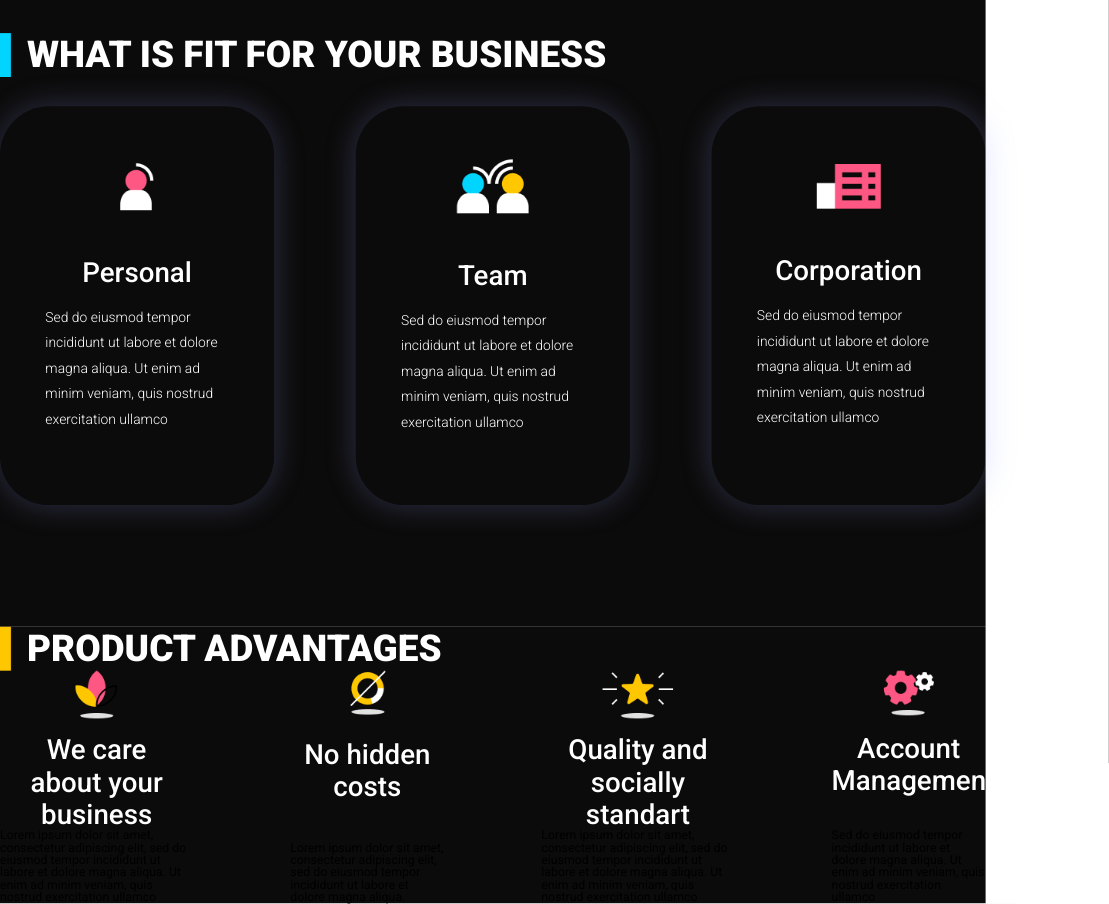
Repository: VetaWhale/team-site-test
Page: index.html
An editor plug-in stored every save of this project. The page is shown before and after the next save, followed by the edit.
The browser window is 1280 px wide. The page is 1440 px wide, so the pictures cover 1440 px, including what lies to the right of the window. The pictures show the whole page, at 77% of full size.
Some web fonts or font styles are not loaded; a fallback is used.

Above is the page before, as saved 2023-04-24 15:13:25.

### index.html
<!DOCTYPE html>
<html lang="en">

<head>
    <meta charset="UTF-8" />
    <link rel="stylesheet" href="./css/reset.css" />
    <link rel="preconnect" href="https://fonts.googleapis.com" />
    <link rel="preconnect" href="https://fonts.gstatic.com" crossorigin />
    <link href="https://fonts.googleapis.com/css2?family=Nunito:wght@400;800&family=Oranienbaum&family=Prata&family=Rammetto+One&family=Roboto:wght@300;400;500;700;900&display=swap" rel="stylesheet" />
    <link rel="stylesheet" href="./css/index.css" />
    <title>Our test site</title>
</head>

<body>
    <header></header>
    <main>
        <section class="business">
            <div class="business__title">
                <img class="business__icon" src="./resources/business_icon.png" alt="">
                <h2 class="business__text">
                    WHAT IS FIT FOR YOUR BUSINESS
                </h2>
            </div>
            <div class="business__container">
                <div class="business__item">
                    <img src="./resources/people__icon.png" alt="" />
                    <h2 class="business__title-text">Personal</h2>
                    <p class="business__description">
                        Sed do eiusmod tempor incididunt ut labore et dolore magna aliqua. Ut enim ad minim veniam, quis nostrud exercitation ullamco
                    </p>
                </div>

                <div class="business__item">
                    <img src="./resources/two_people__icon.png" alt="" />
                    <h2 class="business__title-text">Team</h2>
                    <p class="business__description">
                        Sed do eiusmod tempor incididunt ut labore et dolore magna aliqua. Ut enim ad minim veniam, quis nostrud exercitation ullamco
                    </p>
                </div>
                <div class="business__item">
                    <img src="./resources/home__icon.png" alt="" />
                    <h2 class="business__title-text">Corporation</h2>
                    <p class="business__description">
                        Sed do eiusmod tempor incididunt ut labore et dolore magna aliqua. Ut enim ad minim veniam, quis nostrud exercitation ullamco
                    </p>
                </div>
            </div>
        </section>
        <section class="product__section">
            <div class="product__title">
                <img src="./resources/product_icon.png" alt="">
                <h2>
                    PRODUCT ADVANTAGES
                </h2>
            </div>
            <div class="product__container">
                <div class="product__item">
                    <img src="./resources/product_icon-flower.png" alt="">
                    <h2 class="product__title-text">
                        We care about your business
                    </h2>
                    <p class="product__description">
                        Lorem ipsum dolor sit amet, consectetur adipiscing elit, sed do eiusmod tempor incididunt ut labore et dolore magna aliqua. Ut enim ad minim veniam, quis nostrud exercitation ullamco
                    </p>
                </div>
                <div class="product__item">
                    <img src="./resources/product_icon-ellipse.png" alt="">
                    <h2 class="product__title-text">
                        No hidden costs
                    </h2>
                    <p class="product__description">
                        Lorem ipsum dolor sit amet, consectetur adipiscing elit, sed do eiusmod tempor incididunt ut labore et dolore magna aliqua.
                    </p>
                </div>
                <div class="product__item">
                    <img src="./resources/product_icon-star.png" alt="">
                    <h2 class="product__title-text">
                        Quality and socially standart
                    </h2>
                    <p class="product__description">
                        Lorem ipsum dolor sit amet, consectetur adipiscing elit, sed do eiusmod tempor incididunt ut labore et dolore magna aliqua. Ut enim ad minim veniam, quis nostrud exercitation ullamco
                    </p>
                </div>
                <div class="product__item">
                    <img src="./resources/ICON 04.png" alt="">
                    <h2 class="product__title-text">
                        Account Management
                    </h2>
                    <p class="product__description">
                        Sed do eiusmod tempor incididunt ut labore et dolore magna aliqua. Ut enim ad minim veniam, quis nostrud exercitation ullamco
                    </p>
                </div>
            </div>
        </section>
    </main>
    <footer></footer>
</body>

</html>

### css/index.css
/* Шрифты для нашего сайта */


/*
font-family: 'Nunito', sans-serif;
font-family: 'Oranienbaum', serif;
font-family: 'Prata', serif;
font-family: 'Rammetto One', cursive;
font-family: 'Roboto', sans-serif;
*/

@import'../css/business.css';
@import'../css/product.css';
body {
    font-family: 'Roboto', sans-serif;
}

### css/business.css
.business {
    width: 100%;
    background-color: #0C0B0B;
    padding-top: 43px;
    margin: 0 auto;
}

.business__container {
    max-width: 1440px;
    margin: 0 auto;
    display: flex;
    flex-direction: row;
    gap: 94px;
    padding-top: 38px;
    padding-bottom: 158px;
    justify-content: space-between;
}

.business__title {
    max-width: 1440px;
    margin: 0 auto;
    display: flex;
    gap: 20px;
}

.business__text {
    font-weight: 900;
    font-size: 48px;
    line-height: 56px;
    color: #FFFFFF;
}

.business__title-text {
    font-weight: 500;
    font-size: 36px;
    line-height: 42px;
    color: #FFFFFF;
    padding-top: 40px;
}

.business__item {
    display: flex;
    justify-content: center;
    align-items: center;
    flex-direction: column;
    width: 356px;
    height: 518px;
    box-shadow: 0px 0px 40px rgba(146, 163, 255, 0.25);
    border-radius: 63px;
    gap: 20px;
}

.business__description {
    font-weight: 300;
    font-size: 18px;
    line-height: 33px;
    color: #FFFFFF;
    width: 238.17px;
    height: 188px
}

### css/product.css
.product__section {
    width: 100%;
    background-color: #0C0B0B;
    margin: 0 auto;
}

.product__title {
    width: 1440px;
    margin: 0 auto;
    display: flex;
    font-weight: 900;
    font-size: 48px;
    line-height: 56px;
    color: #FFFFFF;
    gap: 20px;
}

.product__container {
    display: flex;
    margin: 0 auto;
    width: 100%;
    max-width: 1440px;
    flex-direction: row;
    gap: 126px;
}

.product__item {
    display: flex;
    flex-direction: column;
    align-items: center;
    justify-content: space-between;
    gap: 20px;
}

.product__title-text {
    font-weight: 500;
    font-size: 36px;
    line-height: 42px;
    width: 200px;
    height: 104px;
    color: #FFFFFF;
    text-align: center;
}

Loaded but not shown: css/reset.css (common file)

After the next save:
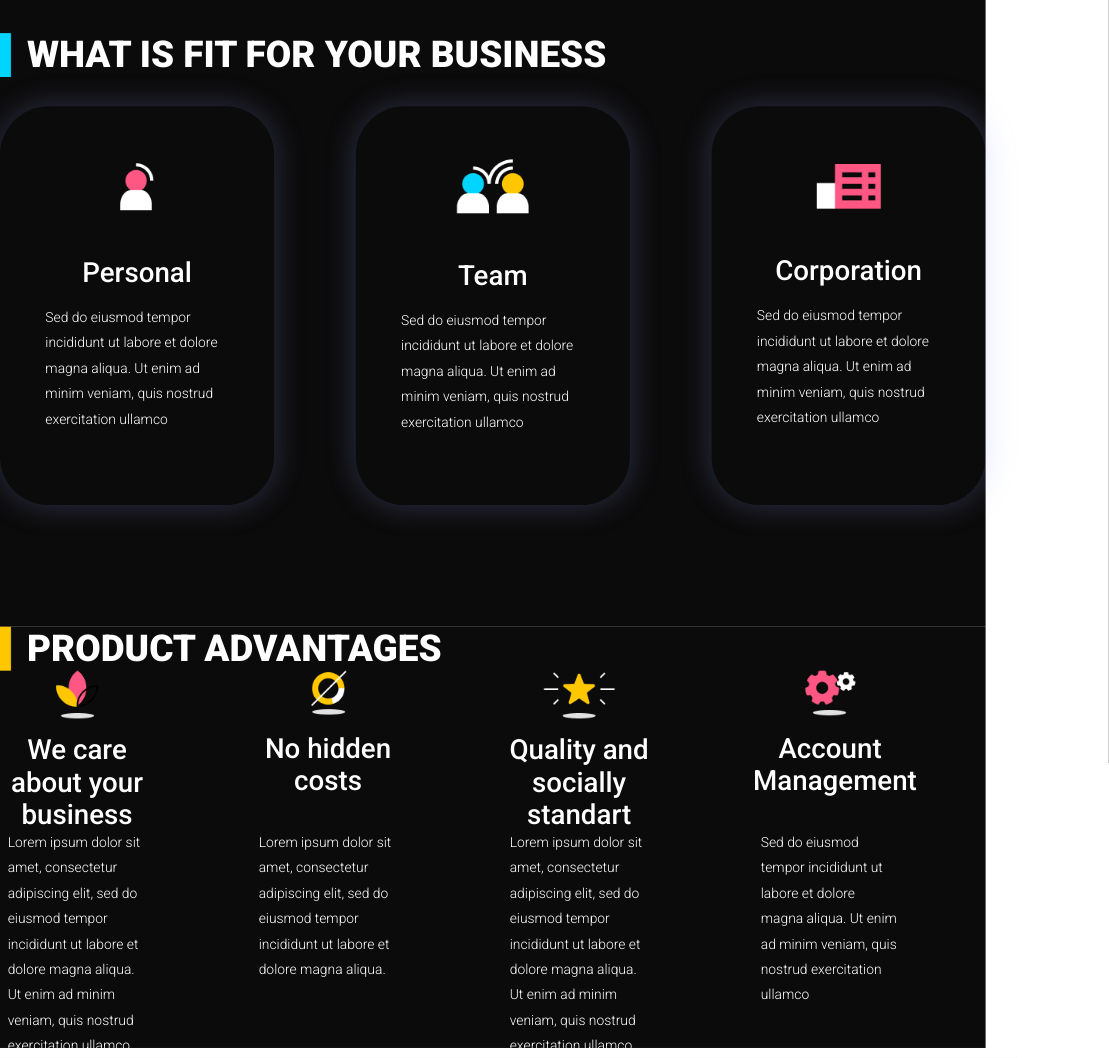
Saved 12 s later.
--- a/css/product.css
+++ b/css/product.css
@@ -41,3 +41,12 @@
     color: #FFFFFF;
     text-align: center;
 }
+
+.product__description {
+    font-weight: 300;
+    font-size: 18px;
+    line-height: 33px;
+    width: 180.13px;
+    height: 284px;
+    color: #FFFFFF;
+}
